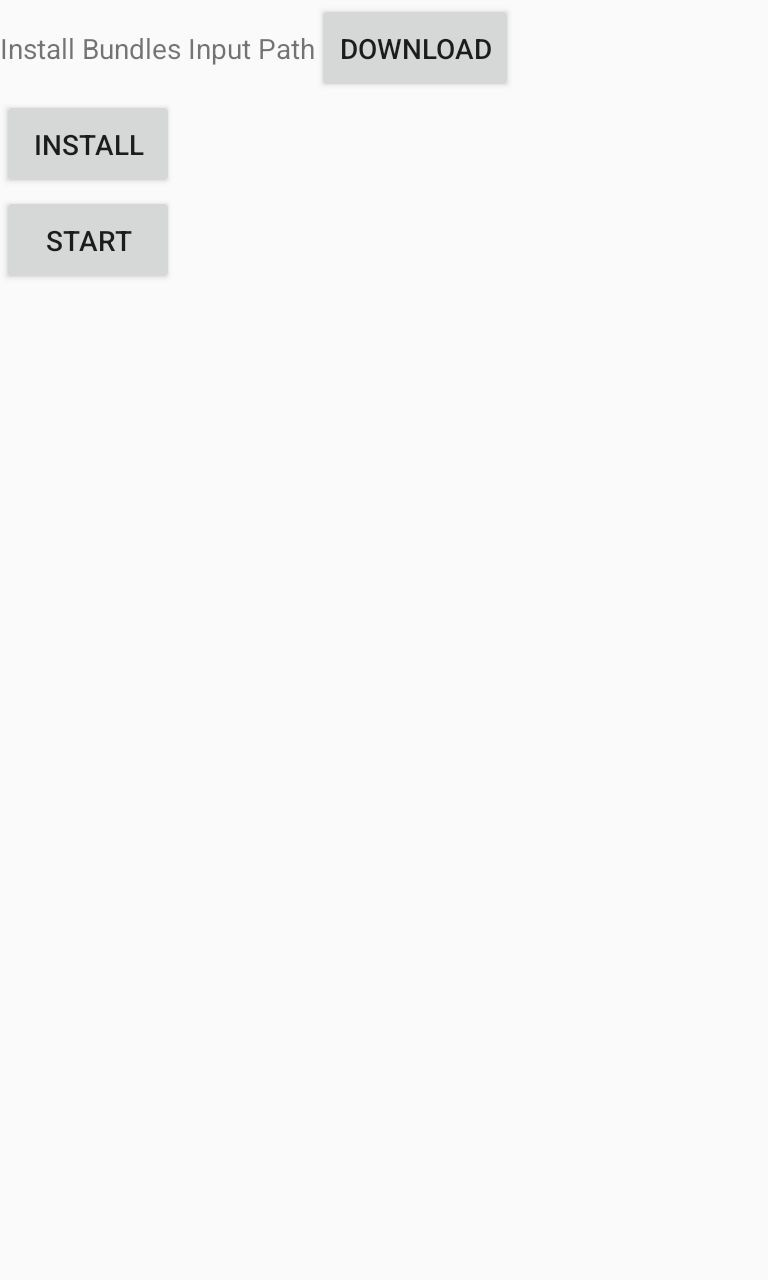
Repository: theodosiac/gyroscope_Rest_Android
Layout: HelloFelix/res/layout/activity_main.xml
The author's editor kept a copy of each file at every save. The layout is drawn from the files as they stood at one save, then again after the next save.
It is drawn on a 768 x 1280 px phone screen (xhdpi) without system bars, with theme AppTheme; the app's code is not run.

Above is the layout before, as saved 2015-03-25 18:56:52.

### HelloFelix/res/layout/activity_main.xml
<LinearLayout xmlns:android="http://schemas.android.com/apk/res/android"
    xmlns:tools="http://schemas.android.com/tools"
    android:layout_width="match_parent"
    android:layout_height="match_parent"
    android:orientation="vertical"
    tools:context=".MainActivity" >

    	<LinearLayout
		    android:layout_width="match_parent"
		    android:layout_height="wrap_content"
		    android:orientation="horizontal">
 		     <TextView
		        android:id="@+id/textView1"
		        android:layout_width="wrap_content"
		        android:layout_height="wrap_content"
		        android:text="Install Bundles Input Path" />
		     <Button
		        android:id="@+id/button5"
		        android:layout_width="wrap_content"
		        android:layout_height="wrap_content"
		        android:onClick="DownloadBundle"
		        android:text="Download" />
	    </LinearLayout>

		<LinearLayout
			    android:layout_width="match_parent"
			    android:layout_height="wrap_content"
			    android:orientation="horizontal" >

		    <Button
		        android:id="@+id/button2"
		        android:layout_width="wrap_content"
		        android:layout_height="wrap_content"
		        android:layout_gravity="center_vertical"
		        android:onClick="InstallBundles"
		        android:text="@string/installBundles" />
	    </LinearLayout>

		<LinearLayout
			    android:layout_width="match_parent"
			    android:layout_height="match_parent"
			    android:orientation="horizontal">
		   <Button
		        android:id="@+id/button4"
		        android:layout_width="wrap_content"
		        android:layout_height="wrap_content"
		        android:onClick="StartBundles"
		        android:text="Start" />
		</LinearLayout>

		<LinearLayout
			    android:layout_width="match_parent"
			    android:layout_height="wrap_content"
			    android:orientation="horizontal" >
		  <Button
		        android:id="@+id/button1"
		        android:layout_width="wrap_content"
		        android:layout_height="wrap_content"
		        android:onClick="displayData"
		        android:text="@string/button_displayData" />
		 <Button
		        android:id="@+id/button3"
		        android:layout_width="wrap_content"
		        android:layout_height="wrap_content"
		        android:onClick="displayLog"
		        android:text="@string/button_displayLog" />
	   </LinearLayout>
	<LinearLayout
			    android:layout_width="match_parent"
			    android:layout_height="wrap_content"
			    android:orientation="horizontal" >
	    <TextView
        android:id="@+id/text_view"
        android:layout_width="wrap_content"
        android:layout_height="wrap_content"
        android:text="Log.." />

</LinearLayout>
</LinearLayout>

### HelloFelix/res/values/strings.xml
<?xml version="1.0" encoding="utf-8"?>
<resources>

    <string name="app_name" translatable="false">HelloFelix</string>
    <string name="hello_world" translatable="false">Hello world!</string>
    <string name="action_settings" translatable="false">Settings</string>

	<string name="button_displayLog">Display Log</string>
	<string name="button_displayData">Display Data</string>
	<string name="installBundles">Install</string>


	<string name="text_view">TextView</string>


</resources>

Loaded but not shown: HelloFelix/res/values/styles.xml (common file); HelloFelix/res/values-v11/styles.xml (common file); HelloFelix/res/values-v14/styles.xml (common file)

After the next save:
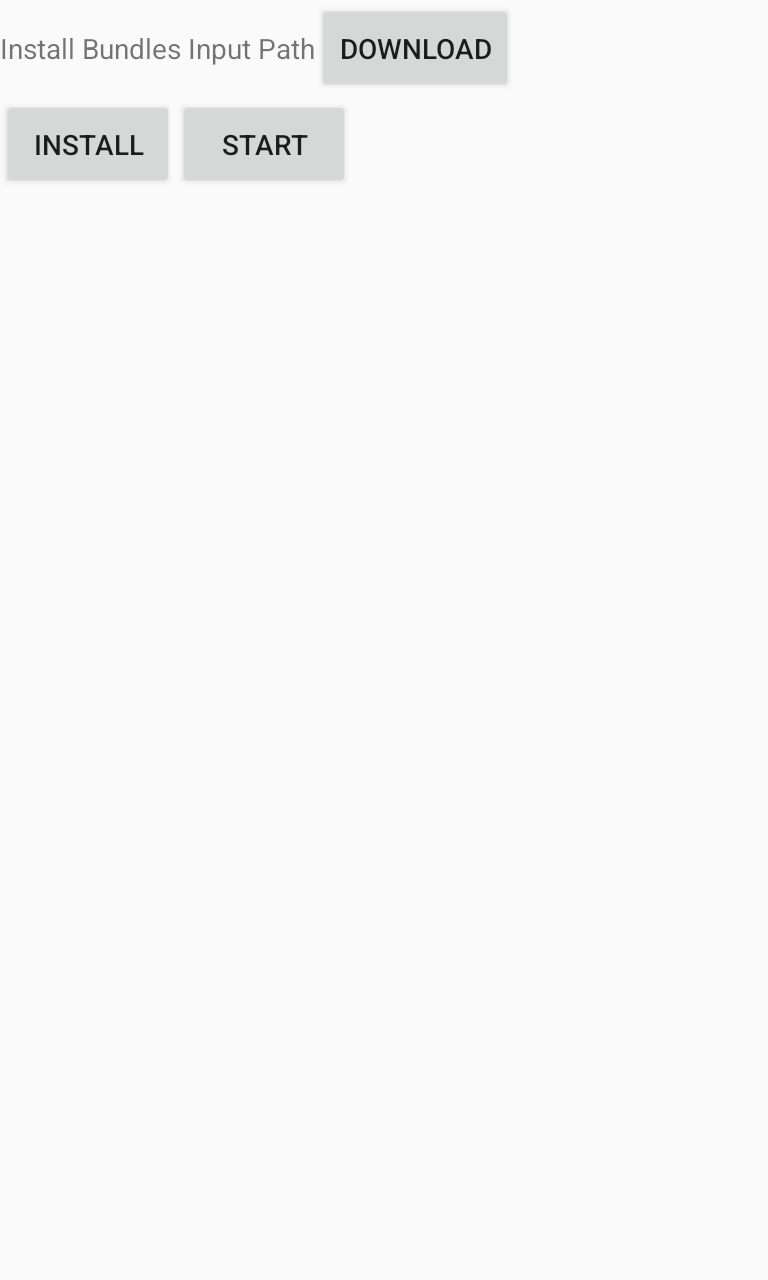
Saved 55 s later.
--- a/HelloFelix/res/layout/activity_main.xml
+++ b/HelloFelix/res/layout/activity_main.xml
@@ -34,18 +34,19 @@
 		        android:layout_gravity="center_vertical"
 		        android:onClick="InstallBundles"
 		        android:text="@string/installBundles" />
+		   <Button
+		        android:id="@+id/button4"
+		        android:layout_width="wrap_content"
+		        android:layout_height="wrap_content"
+		        android:onClick="StartBundles"
+		        android:text="Start" />
 	    </LinearLayout>
 
 		<LinearLayout
 			    android:layout_width="match_parent"
 			    android:layout_height="match_parent"
 			    android:orientation="horizontal">
-		   <Button
-		        android:id="@+id/button4"
-		        android:layout_width="wrap_content"
-		        android:layout_height="wrap_content"
-		        android:onClick="StartBundles"
-		        android:text="Start" />
+
 		</LinearLayout>
 
 		<LinearLayout
